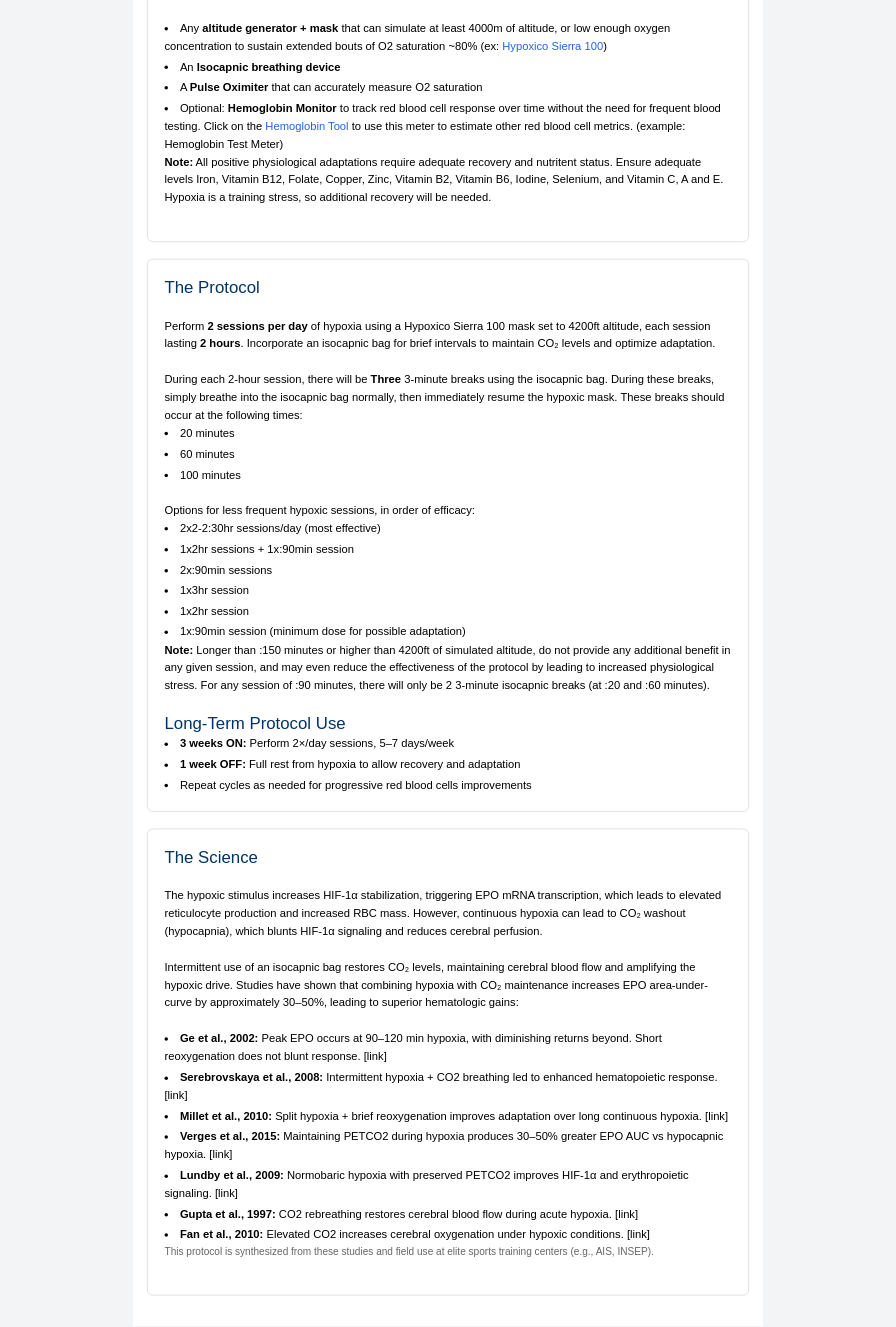
Repository: austenhughes1/hemoglobin_rbc_metrics
Page: hypoxia_protocol.html
The author's editor kept a copy of each file at every save. The page is drawn from the files as they stood at one save, then again after the next save.
The browser window is 1280 px wide. The pictures show the part of the page from y = 924 to 2844 px (the page is 2819 px tall before and 2844 px after), at 70% of full size.
Some web libraries are served in a nearby version.

Above is the page before, as saved 2025-06-26 15:22:42.

After the next save:
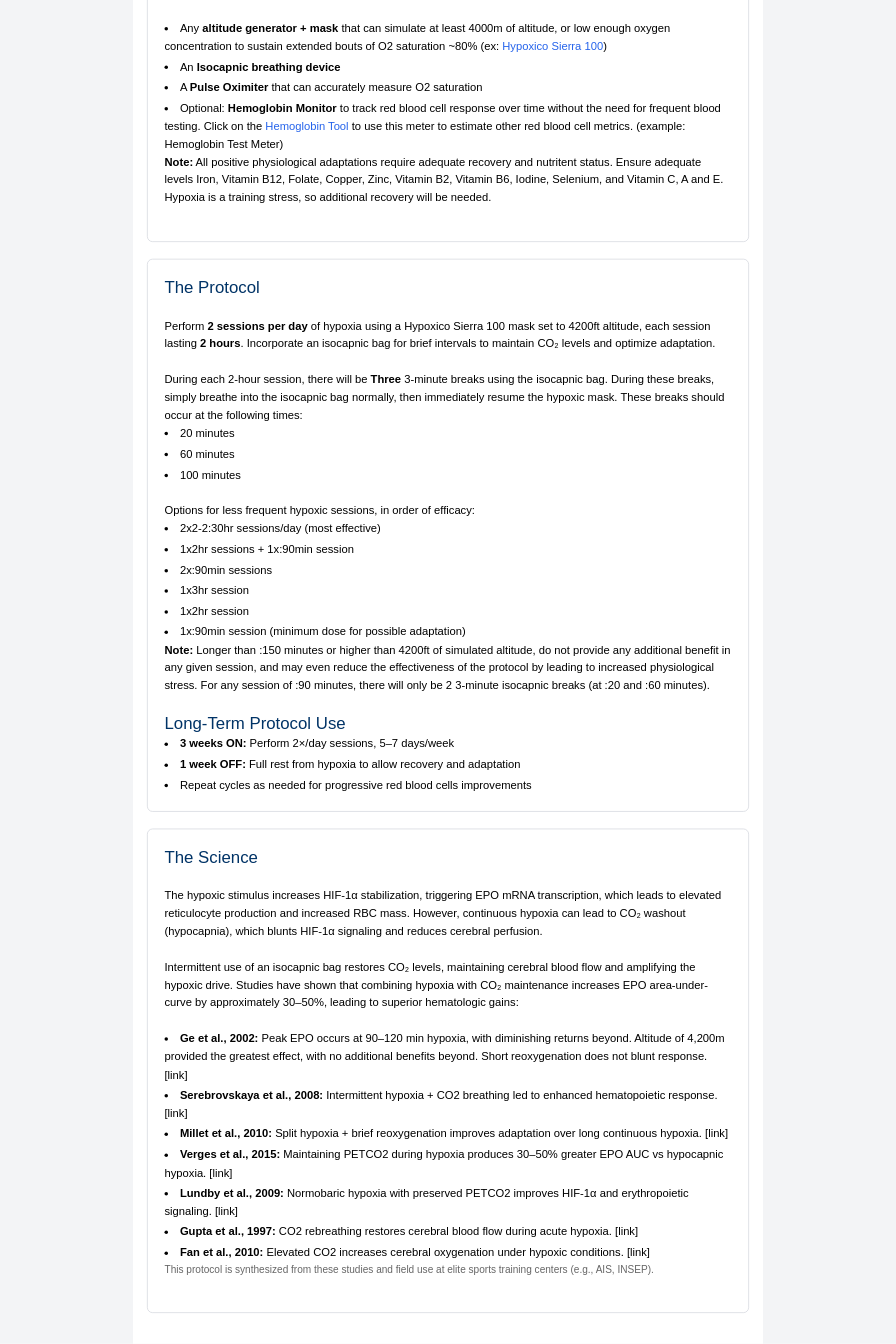
Saved 73 s later.
--- a/hypoxia_protocol.html
+++ b/hypoxia_protocol.html
@@ -137,7 +137,7 @@
         </p>
         <br>
         <ul class="list-disc list-inside space-y-1">
-            <li><strong>Ge et al., 2002:</strong> Peak EPO occurs at 90–120 min hypoxia, with diminishing returns beyond. Short reoxygenation does not blunt response. [<a href="chrome-extension://efaidnbmnnnibpcajpcglclefindmkaj/https://scispace.com/pdf/the-time-course-of-endogenous-erythropoietin-il-6-and-tnfa-ay76186dmp.pdf?utm_source=chatgpt.com" target="_blank">link</a>]</li>
+            <li><strong>Ge et al., 2002:</strong> Peak EPO occurs at 90–120 min hypoxia, with diminishing returns beyond. Altitude of 4,200m provided the greatest effect, with no additional benefits beyond. Short reoxygenation does not blunt response.  [<a href="chrome-extension://efaidnbmnnnibpcajpcglclefindmkaj/https://scispace.com/pdf/the-time-course-of-endogenous-erythropoietin-il-6-and-tnfa-ay76186dmp.pdf?utm_source=chatgpt.com" target="_blank">link</a>]</li>
             <li><strong>Serebrovskaya et al., 2008:</strong> Intermittent hypoxia + CO2 breathing led to enhanced hematopoietic response. [<a href="https://pubmed.ncbi.nlm.nih.gov/18331220/" target="_blank">link</a>]</li>
             <li><strong>Millet et al., 2010:</strong> Split hypoxia + brief reoxygenation improves adaptation over long continuous hypoxia. [<a href="https://pubmed.ncbi.nlm.nih.gov/20020784/" target="_blank">link</a>]</li>
             <li><strong>Verges et al., 2015:</strong> Maintaining PETCO2 during hypoxia produces 30–50% greater EPO AUC vs hypocapnic hypoxia. [<a href="https://pubmed.ncbi.nlm.nih.gov/26319812/" target="_blank">link</a>]</li>
